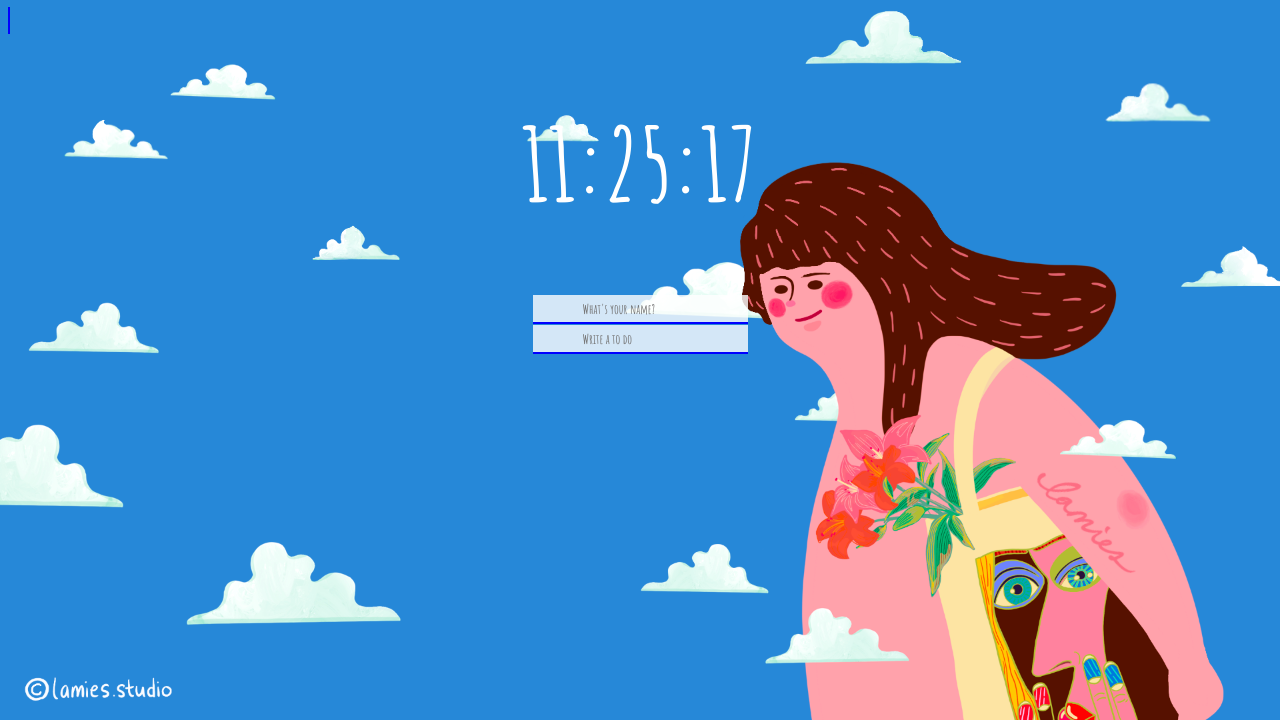
Repository: haleyjung/chrome_app
Page: index.html
The author's editor kept a copy of each file at every save. The page is drawn from the files as they stood at one save, then again after the next save.
The browser window is 1280 px wide. The pictures show the whole page.

Above is the page before, as saved 2020-11-23 15:56:14.

After the next save:
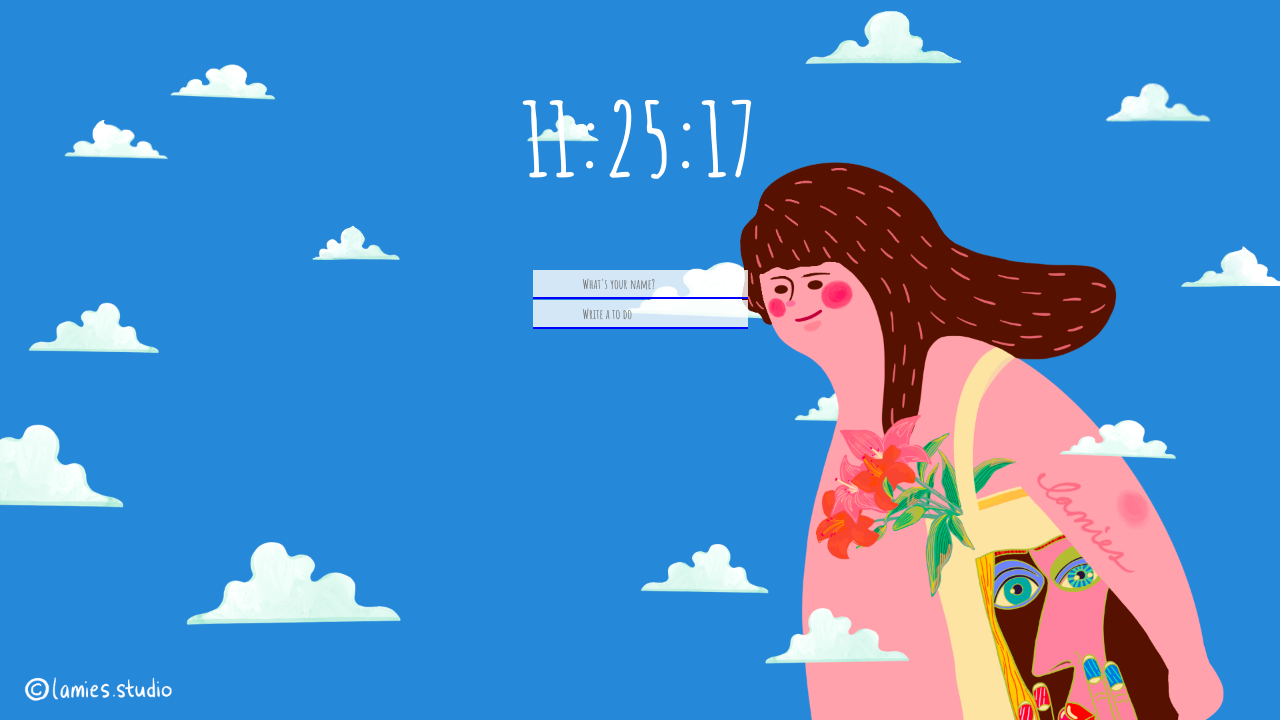
Saved 12 s later.
--- a/index.css
+++ b/index.css
@@ -19,7 +19,7 @@
 }
 
 .js-weather {
-  border: 1px solid blue;
+  font-weight: 400;
 }
 
 .js-clock {

After the 5 saves that followed:
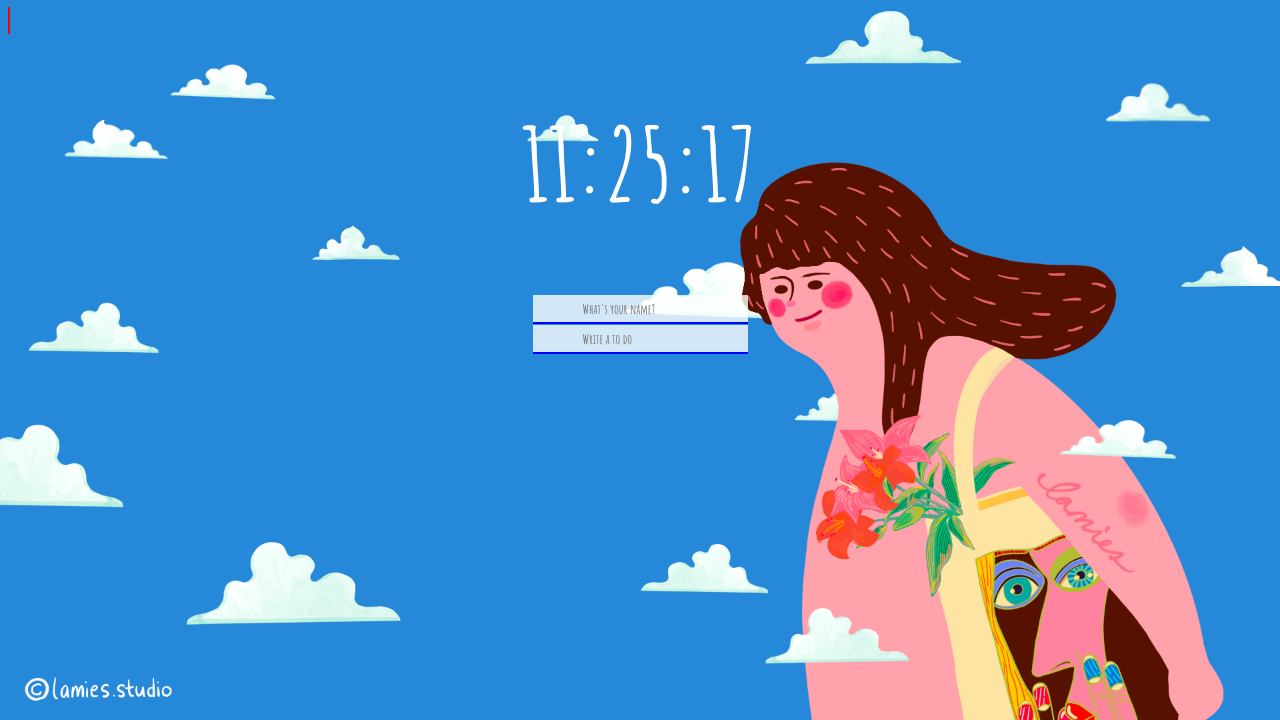
The 5 saves are shown as one change because 4 left the picture as it was.
The last was saved 97 s later.
--- a/index.css
+++ b/index.css
@@ -20,6 +20,7 @@
 
 .js-weather {
   font-weight: 400;
+  border: 1px solid red;
 }
 
 .js-clock {
--- a/js/weather.js
+++ b/js/weather.js
@@ -11,7 +11,7 @@ function getWeather(lat, lng){
         .then(function(json){
         const temperature = json.main.temp;
         const place = json.name;
-        weather.innerText = `${temperature} @ ${place}`;
+        weather.innerText = `Today's weather: ${temperature} in ${place}`;
     });
 }
 
